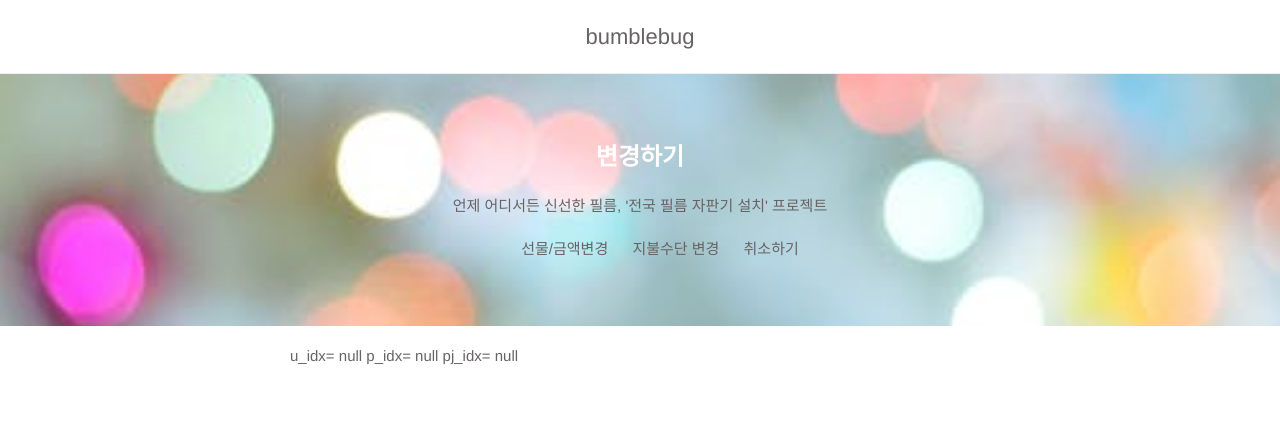
Repository: fepanbr/bumblbug
Page: http://localhost/WebProject/Mypage/changeItem.jsp
An editor plug-in stored every save of this project. The page is shown before and after the next save, followed by the edit.
The browser window is 1280 px wide. The pictures show the whole page.
The page is served by Tomcat 9. Other server files are loaded and not shown. Queries for data that is not in the repository find no rows.

Above is the page before, as saved 2019-05-31 15:12:58.

### WebProject/WebContent/Mypage/changeItem.jsp
<%@ page language="java" contentType="text/html; charset=UTF-8"
    pageEncoding="UTF-8"%>
<!DOCTYPE html>
<html lang="ko">

<head>
    <meta charset="UTF-8">
    <title>jQuery Style</title>
    <script src="https://code.jquery.com/jquery-1.12.4.min.js"></script>
    <script>

    function question()
    {
        msg = "네이트온을 종료합니다. 열려 있는 모든 창이 닫힙니다.";
        if (confirm(msg)!=0) {
             // Yes click
             document.form.submit();
        } else {
            // no click

            return;
    }
    }; // myconfirm


    </script>


    <style>
        *{
            padding: 0;
            margin: 0;
            box-sizing: border-box;
            color: #676363;

        }
        ul{
            color: #676363;
            font-size: 15px;
            list-style: none;

        }
        li{
            display: inline-block;
        }

        body{
            overflow-x: hidden;
            min-height: 100%;
            height: auto;
        }
        .header{
            width: 100%;
            background-color: #fff;
            border-bottom: 1px solid #efefef;

        }
        .header-title{

            font-size: 22px;
            text-align: center;

            padding: 20px;

        }
        .scanline{
            width: 100%;

            position: relative;
            background: #fafafa
        }
        .b-align{
            text-align: center;
            padding: 50px;
            background-repeat: no-repeat;
            background-position: 50%;
            background-size: cover;

        }
        .b-menu-item{
            padding: 10px;
            text-decoration: none;

        }

        .dek{
            margin-top: 20px;
            margin-bottom: 20px;
        }
        .b-container-wrap{
            padding-top: 20px;
            position: relative;
        }
        .b-container{
            width: 700px;
            margin: 0 auto;
        }


    </style>
    <script>


        $(function () {

        });


    </script>
</head>

<body>
    <div class="header">
        <div class="header-title">bumblebug</div>
    </div>

    <div class="scanline">
        <div class="b-align" style="background-image: url(images/background.jpeg)">
            <h1>변경하기</h1>
            <p class="dek">
                    언제 어디서든 신선한 필름, '전국 필름 자판기 설치' 프로젝트
            </p>
            <ul>
                <li>
                    <a href="#" class="b-menu-item"> 선물/금액변경</a>
                </li>
                <li>
                    <a href="#" class="b-menu-item">지불수단 변경</a>
                </li>
                <li>
                    <a href="#" class="b-menu-item">취소하기</a>
                </li>
            </ul>

        </div>
    </div>
    <div class="b-container-wrap">
        <div class="b-container">


            <jsp:include page="MypagePresentbox.jsp"></jsp:include>

        </div>

    </div>




</body>

</html>

### WebProject/WebContent/Mypage/MypagePresentbox.jsp
<%@ page language="java" contentType="text/html; charset=UTF-8"
	pageEncoding="UTF-8"%>
<%@ page import="java.util.*, Bean.*"%>
<jsp:useBean id="MypageDAO" class="DAO.MypageDAO" />
<%@taglib prefix="c" uri="http://java.sun.com/jsp/jstl/core"%>
<%
	request.setCharacterEncoding("UTF-8");

	String u_idx = (String) session.getAttribute("u_idx");
	String pj_idx = (String)session.getAttribute("pj_idx");
	String p_idx = request.getParameter("p_idx");

	out.println("u_idx= "+u_idx);
	out.println("p_idx= "+p_idx);
	out.println("pj_idx= "+pj_idx);


	ArrayList<PresentBean> list = MypageDAO.getPresentList(pj_idx);
%>

<c:set var="list" value="<%=list %>" />



<!DOCTYPE html>
<html>
<head>
<meta charset="UTF-8">
<title>선물 변경 페이지</title>
<script src="https://code.jquery.com/jquery-1.12.4.min.js"></script>
<link rel="stylesheet" type="text/css" href="css/MypagePresentbox.css">



</head>
<body>

	<c:forEach var="Presentbean" items="${list}">
		<div>선물idx: ${Presentbean.p_idx}</div>
		<div>선물최소금액idx: ${Presentbean.min_price}</div>
		<div>선물이름: ${Presentbean.p_nm}</div>
		<div>예정날짜: ${Presentbean.due_dt}</div>
		<div>후원자수: ${Presentbean.supmem_cnt}</div>
		<div>제한 수량: ${Presentbean.limit_amount}</div>
		<div>프로젝트선물idx: ${Presentbean.pj_p_idx}</div>
		<div>선물설명: ${Presentbean.p_explain}</div>


		<c:set var="amount"
			value="${Presentbean.limit_amount - Presentbean.supmem_cnt}" />
		<c:choose>
			<c:when test="${amount eq 0}">
				<div class="i-panel">
					<div class="b-panel b-panel_reward b-panel_reward_soldout">
						<div class="b-panel__head">
							<h3 class="b-panel__title">
								<span>${Presentbean.min_price}</span> <span>원 이상 밀어주시는 분께</span>

								<span class="for-screenreader">드리는 특전</span>
							</h3>
							<span class="b-panel__title"> <input id="111220843"
								type="tel" name="pledge[money]" min=${Presentbean.min_price
								} max="10000000" value="48,000" class="b-form__input"> <span>원</span>
								<a class="b-panel__next-button"></a> <span
								class="b-panel__subtitle">더 많이 입력하실 수 있습니다</span>

							</span>
						</div>
						<div class="b-panel__body">
							<span>${Presentbean.p_explain}</span>
							<ul>
								<!-- ItemBean 활용하기 -->
								<div>
									<li><span>선물이름: ${Presentbean.p_nm}</span>
										<span>)</span></li>
									<form
										class="b-form b-form_animate_enterance b-form_theme_modern">
										<div class="b-form__row">
											<div class="b-form__input">
												<div></div>
											</div>
										</div>
									</form>
								</div>
								<div>

									</li>
									<form
										class="b-form b-form_animate_enterance b-form_theme_modern">
										<div class="b-form__row">
											<div class="b-form__input">
												<div></div>
											</div>
										</div>
									</form>
								</div>
							</ul>
						</div>
						<div class="b-panel__footer">
							<span class="color-primary">${Presentbean.supmem_cnt}</span> <span>명이
								선택하였습니다</span> <span> <span>/</span> <strong>${Presentbean.limit_amount - Presentbean.supmem_cnt}</strong>
								<span>개 남음</span>
							</span> <br> <span>예상 전달일: ${Presentbean.due_dt}</span>
						</div>
					</div>
				</div>
			</c:when>
			<c:otherwise>
				<div class="i-panel">
					<input type="radio" name="pledge[reward_id]"
						id="${Presentbean.p_idx}" value="${Presentbean.p_idx}"
						class="hidden-selector"> <label for="${Presentbean.p_idx}"
						class="b-panel b-panel_reward">
						<div class="b-panel__head">
							<h3 class="b-panel__title">
								<span>${Presentbean.min_price}</span> <span>원 이상 밀어주시는 분께</span>
								<span class="for-screenreader">드리는 특전</span>
							</h3>
							<span class="b-panel__title">

							<!-- 폼으로 넘기는 부분!!!!!!!!!!! -->
								<form  name="changePresent"  method="post" action="changeItemproc.jsp">
									<input id="${Presentbean.p_idx}" type="tel" name="pledge_money"
										min=${Presentbean.min_price } max="10000000"
										value="${Presentbean.min_price}" class="b-form__input">
									<span>원</span>
							<!-- 선물 idx 넘겨준다. -->
									<input type="hidden" name="p_idx" value="${Presentbean.p_idx}" />

							<!-- submit -->
									<input type='submit' class="b-panel__next-button" value="변경하기" >
								</form>

								<span class="b-panel__subtitle">더 많이 입력하실 수 있습니다</span>
							</span>
						</div>
						<div class="b-panel__body">
							<span>${Presentbean.p_explain}</span>
							<ul>
								<!-- ItemBean 활용하기 -->
								<div>
									<li><span>선물이름: ${Presentbean.p_nm}</span></li>
									<form
										class="b-form b-form_animate_enterance b-form_theme_modern">
										<div class="b-form__row">
											<div class="b-form__input">
												<div></div>
											</div>
										</div>
									</form>
								</div>
								<div>

									</li>
									<form
										class="b-form b-form_animate_enterance b-form_theme_modern">
										<div class="b-form__row">
											<div class="b-form__input">
												<div></div>
											</div>
										</div>
									</form>
								</div>
							</ul>
						</div>
						<div class="b-panel__footer">
							<span class="color-primary">${Presentbean.supmem_cnt}</span> <span>명이
								선택하였습니다</span> <span> <span>/</span> <strong>${Presentbean.limit_amount - Presentbean.supmem_cnt}</strong>
								<span>개 남음</span>
							</span> <br> <span>예상 전달일: ${Presentbean.due_dt}</span>
						</div>
					</label>
				</div>
			</c:otherwise>
		</c:choose>







	</c:forEach>

</body>
</html>

### WebProject/src/dbConnection/DBConnectionMgr.java
/**
 * Copyright(c) 2001 iSavvix Corporation (http://www.isavvix.com/)
 *
 *                        All rights reserved
 *
 * Permission to use, copy, modify and distribute this material for
 * any purpose and without fee is hereby granted, provided that the
 * above copyright notice and this permission notice appear in all
 * copies, and that the name of iSavvix Corporation not be used in
 * advertising or publicity pertaining to this material without the
 * specific, prior written permission of an authorized representative of
 * iSavvix Corporation.
 *
 * ISAVVIX CORPORATION MAKES NO REPRESENTATIONS AND EXTENDS NO WARRANTIES,
 * EXPRESS OR IMPLIED, WITH RESPECT TO THE SOFTWARE, INCLUDING, BUT
 * NOT LIMITED TO, THE IMPLIED WARRANTIES OF MERCHANTABILITY AND
 * FITNESS FOR ANY PARTICULAR PURPOSE, AND THE WARRANTY AGAINST
 * INFRINGEMENT OF PATENTS OR OTHER INTELLECTUAL PROPERTY RIGHTS.  THE
 * SOFTWARE IS PROVIDED "AS IS", AND IN NO EVENT SHALL ISAVVIX CORPORATION OR
 * ANY OF ITS AFFILIATES BE LIABLE FOR ANY DAMAGES, INCLUDING ANY
 * LOST PROFITS OR OTHER INCIDENTAL OR CONSEQUENTIAL DAMAGES RELATING
 * TO THE SOFTWARE.
 *
 */
package dbConnection;

import java.sql.*;
import java.util.Properties;
import java.util.Vector;

/**
 * Manages a java.sql.Connection pool.
 *
 * @author  Anil Hemrajani
 */
public class DBConnectionMgr {
    private Vector connections = new Vector(10);
    private String _driver = "org.mariadb.jdbc.Driver",
    _url = "jdbc:mariadb://localhost:3306/website?useUnicode=true&characterEncoding=UTF-8",
    _user = "root",
    _password = "1234";
    private boolean _traceOn = false;
    private boolean initialized = false;
    private int _openConnections = 10;
    private static DBConnectionMgr instance = null;

    public DBConnectionMgr() {
    }

    /** Use this method to set the maximum number of open connections before
     unused connections are closed.
     */

    public static DBConnectionMgr getInstance() {
        if (instance == null) {
            synchronized (DBConnectionMgr.class) {
                if (instance == null) {
                    instance = new DBConnectionMgr();
                }
            }
        }
        return instance;
    }

    public void setOpenConnectionCount(int count) {
        _openConnections = count;
    }

    public void setEnableTrace(boolean enable) {
        _traceOn = enable;
    }

    /** Returns a Vector of java.sql.Connection objects */
    public Vector getConnectionList() {
        return connections;
    }

    /** Opens specified "count" of connections and adds them to the existing pool */
    public synchronized void setInitOpenConnections(int count)
            throws SQLException {
        Connection c = null;
        ConnectionObject co = null;

        for (int i = 0; i < count; i++) {
            c = createConnection();
            co = new ConnectionObject(c, false);
            connections.addElement(co);
            trace("ConnectionPoolManager: Adding new DB connection to pool (" + connections.size() + ")");
        }
    }

    /** Returns a count of open connections */
    public int getConnectionCount() {
        return connections.size();
    }

    /** Returns an unused existing or new connection.  */
    public synchronized Connection getConnection()
            throws Exception {
        if (!initialized) {
            Class c = Class.forName(_driver);
            DriverManager.registerDriver((Driver) c.newInstance());
            initialized = true;
        }
        Connection c = null;
        ConnectionObject co = null;
        boolean badConnection = false;

        for (int i = 0; i < connections.size(); i++) {
            co = (ConnectionObject) connections.get(i);
            // If connection is not in use, test to ensure it's still valid!
            if (!co.inUse) {
                try {
                    badConnection = co.connection.isClosed();
                    if (!badConnection)
                        badConnection = (co.connection.getWarnings() != null);
                } catch (Exception e) {
                    badConnection = true;
                    e.printStackTrace();
                }
                // Connection is bad, remove from pool
                if (badConnection) {
                    connections.removeElementAt(i);
                    trace("ConnectionPoolManager: Remove disconnected DB connection #" + i);
                    continue;
                }
                c = co.connection;
                co.inUse = true;
                trace("ConnectionPoolManager: Using existing DB connection #" + (i + 1));
                break;
            }
        }

        if (c == null) {
            c = createConnection();
            co = new ConnectionObject(c, true);
            connections.addElement(co);
            trace("ConnectionPoolManager: Creating new DB connection #" + connections.size());
        }
        return c;
    }

    /** Marks a flag in the ConnectionObject to indicate this connection is no longer in use */
    public synchronized void freeConnection(Connection c) {
        if (c == null)
            return;

        ConnectionObject co = null;

        for (int i = 0; i < connections.size(); i++) {
            co = (ConnectionObject) connections.get(i);
            if (c == co.connection) {
                co.inUse = false;
                break;
            }
        }

        for (int i = 0; i < connections.size(); i++) {
            co = (ConnectionObject) connections.get(i);
            if ((i + 1) > _openConnections && !co.inUse)
                removeConnection(co.connection);
        }
    }

    public void freeConnection(Connection c, PreparedStatement p, ResultSet r) {
        try {
            if (r != null) r.close();
            if (p != null) p.close();
            freeConnection(c);
        } catch (SQLException e) {
            e.printStackTrace();
        }
    }

    public void freeConnection(Connection c, Statement s, ResultSet r) {
        try {
            if (r != null) r.close();
            if (s != null) s.close();
            freeConnection(c);
        } catch (SQLException e) {
            e.printStackTrace();
        }
    }

    public void freeConnection(Connection c, PreparedStatement p) {
        try {
            if (p != null) p.close();
            freeConnection(c);
        } catch (SQLException e) {
            e.printStackTrace();
        }
    }

    public void freeConnection(Connection c, Statement s) {
        try {
            if (s != null) s.close();
            freeConnection(c);
        } catch (SQLException e) {
            e.printStackTrace();
        }
    }

    /** Marks a flag in the ConnectionObject to indicate this connection is no longer in use */
    public synchronized void removeConnection(Connection c) {
        if (c == null)
            return;

        ConnectionObject co = null;
        for (int i = 0; i < connections.size(); i++) {
            co = (ConnectionObject) connections.get(i);
            if (c == co.connection) {
                try {
                    c.close();
                    connections.removeElementAt(i);
                    trace("Removed " + c.toString());
                } catch (Exception e) {
                    e.printStackTrace();
                }
                break;
            }
        }
    }

    private Connection createConnection()
            throws SQLException {
        Connection con = null;

        try {
            if (_user == null)
                _user = "";
            if (_password == null)
                _password = "";

            Properties props = new Properties();
            props.put("user", _user);
            props.put("password", _password);

            con = DriverManager.getConnection(_url, props);
        } catch (Throwable t) {
            throw new SQLException(t.getMessage());
        }
        return con;
    }

    /** Closes all connections and clears out the connection pool */
    public void releaseFreeConnections() {
        trace("ConnectionPoolManager.releaseFreeConnections()");

        Connection c = null;
        ConnectionObject co = null;

        for (int i = 0; i < connections.size(); i++) {
            co = (ConnectionObject) connections.get(i);
            if (!co.inUse)
                removeConnection(co.connection);
        }
    }

    /** Closes all connections and clears out the connection pool */
    public void finalize() {
        trace("ConnectionPoolManager.finalize()");

        Connection c = null;
        ConnectionObject co = null;

        for (int i = 0; i < connections.size(); i++) {
            co = (ConnectionObject) connections.get(i);
            try {
                co.connection.close();
            } catch (Exception e) {
                e.printStackTrace();
            }
            co = null;
        }
        connections.removeAllElements();
    }

    private void trace(String s) {
        if (_traceOn)
            System.err.println(s);
    }
}

class ConnectionObject {
    public java.sql.Connection connection = null;
    public boolean inUse = false;

    public ConnectionObject(Connection c, boolean useFlag) {
        connection = c;
        inUse = useFlag;
    }
}

Loaded but not shown: WebProject/src/DAO/MypageDAO.java (676 lines, source omitted); WebProject/WebContent/css/MypagePresentbox.css (740 lines, source omitted)

After the next save:
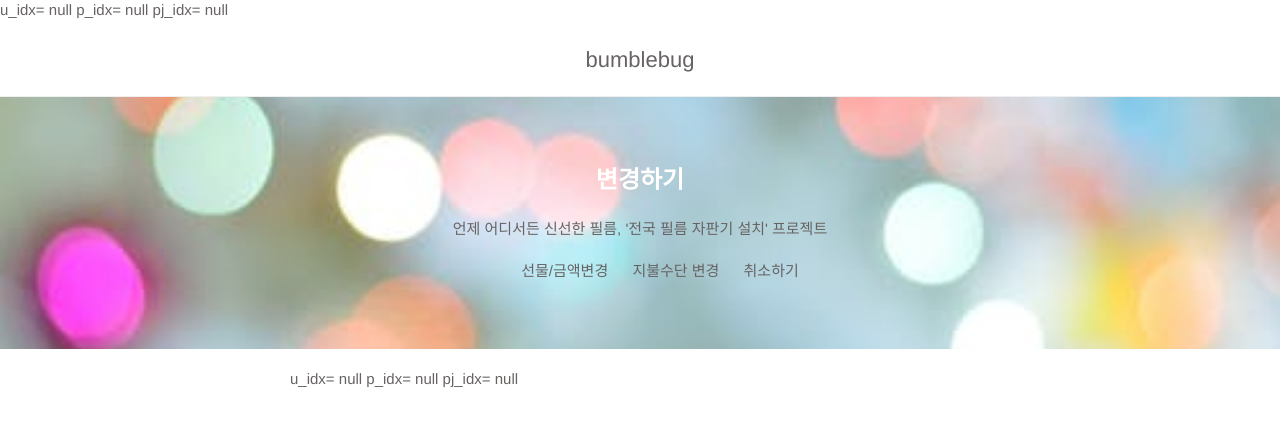
Saved 35 s later.
--- a/WebProject/WebContent/Mypage/changeItem.jsp
+++ b/WebProject/WebContent/Mypage/changeItem.jsp
@@ -7,23 +7,22 @@
     <meta charset="UTF-8">
     <title>jQuery Style</title>
     <script src="https://code.jquery.com/jquery-1.12.4.min.js"></script>
-    <script>
 
-    function question()
-    {
-        msg = "네이트온을 종료합니다. 열려 있는 모든 창이 닫힙니다.";
-        if (confirm(msg)!=0) {
-             // Yes click
-             document.form.submit();
-        } else {
-            // no click
+   <%
+   request.setCharacterEncoding("UTF-8");
 
-            return;
-    }
-    }; // myconfirm
+	String u_idx = (String) session.getAttribute("u_idx");
+	String pj_idx = (String)session.getAttribute("pj_idx");
+	String p_idx = request.getParameter("p_idx");
+
+	out.println("u_idx= "+u_idx);
+	out.println("p_idx= "+p_idx);
+	out.println("pj_idx= "+pj_idx);
 
 
-    </script>
+
+
+   %>
 
 
     <style>
